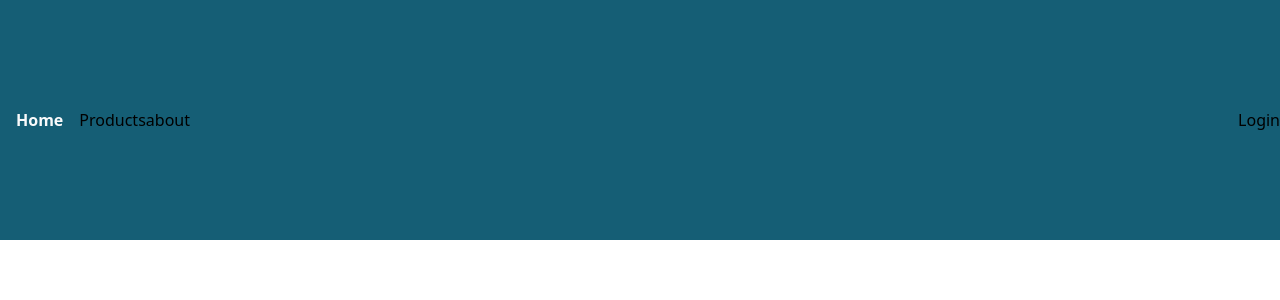
Repository: Sanaa00/svelte-test
Page: /
An editor plug-in stored every save of this project. The page is shown before and after the next save, followed by the edit.
The browser window is 1280 px wide. The pictures show the whole page.
The project was rebuilt for these pictures with package versions that can differ from the ones it lists, and the page was loaded fresh each time. The framework's server and built-in components were replaced by stand-ins that run in the browser. Also part of the build but not shown: svelte.config.js, vite.config.js.

Above is the page before, as saved 2024-12-08 19:35:51.

### src/routes/+page.svelte
<script>
	import Navbar from '../component/Navbar.svelte';
</script>

<Navbar />

### src/component/Navbar.svelte
<script>
</script>

<main class="w-full">
	<nav class="flex h-60 w-full items-center justify-between bg-cyan-800">
		<ul class="flex">
			<li class="px-4 font-semibold text-gray-50">Home</li>
			<li>Products</li>
			<li>about</li>
		</ul>
		<button>Login</button>
	</nav>
</main>

### tailwind.config.js
import containerQueries from '@tailwindcss/container-queries';
import forms from '@tailwindcss/forms';
import typography from '@tailwindcss/typography';

/** @type {import('tailwindcss').Config} */
export default {
	content: ['./src/**/*.{html,js,svelte,ts}'],

	theme: {
		extend: {}
	},

	plugins: [typography, forms, containerQueries]
};

Loaded but not shown: src/app.html (common file); src/routes/+layout.svelte (common file); src/app.css (common file)

After the next save:
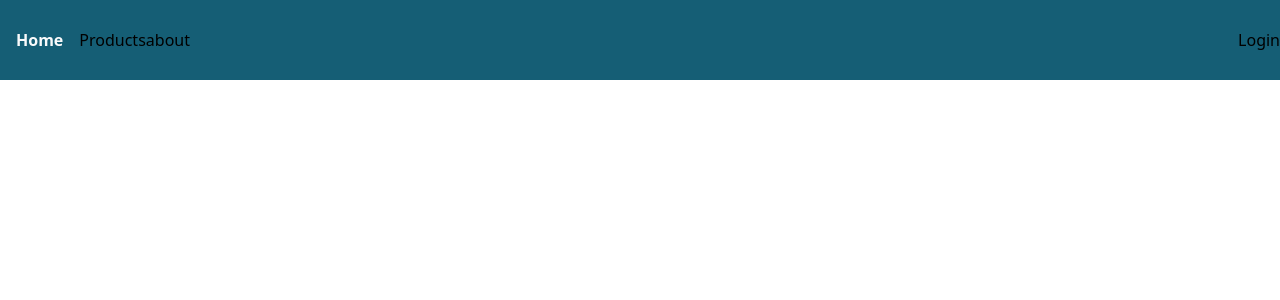
Saved 8 s later.
--- a/src/component/Navbar.svelte
+++ b/src/component/Navbar.svelte
@@ -2,7 +2,7 @@
 </script>
 
 <main class="w-full">
-	<nav class="flex h-60 w-full items-center justify-between bg-cyan-800">
+	<nav class="flex h-20 w-full items-center justify-between bg-cyan-800">
 		<ul class="flex">
 			<li class="px-4 font-semibold text-gray-50">Home</li>
 			<li>Products</li>
